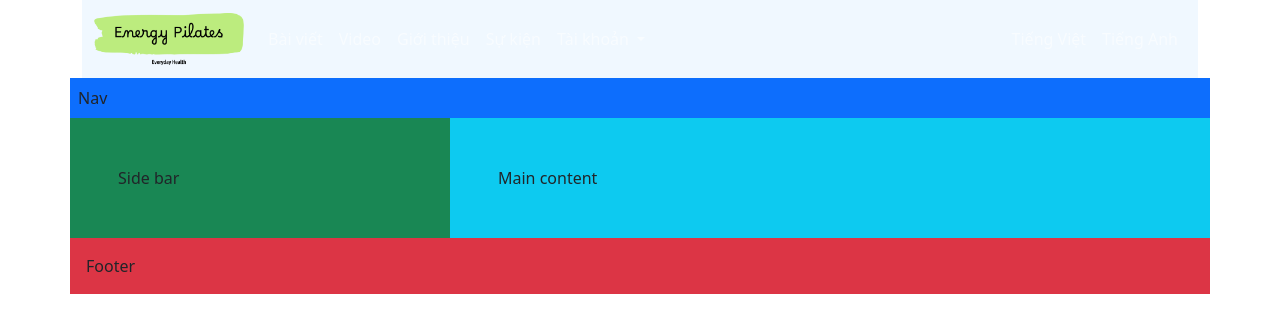
Repository: KizukoHeiwa/SOF308
Page: Lab1/index.html
These files come from the project's save history. The page is drawn as it stood at one moment and after the next save; the edit follows.
The browser window is 1280 px wide. The pictures show the whole page.

Above is the page before, as saved 2024-10-31 09:54:40.

### Lab1/index.html
<!DOCTYPE html>
<html lang="en">
<head>
    <meta charset="UTF-8">
    <meta name="viewport" content="width=device-width, initial-scale=1.0">
    <title>FPT Polytechnic</title>
    <link href="https://cdn.jsdelivr.net/npm/bootstrap@5.3.3/dist/css/bootstrap.min.css" rel="stylesheet" integrity="sha384-QWTKZyjpPEjISv5WaRU9OFeRpok6YctnYmDr5pNlyT2bRjXh0JMhjY6hW+ALEwIH" crossorigin="anonymous">
<script src="https://cdn.jsdelivr.net/npm/bootstrap@5.3.3/dist/js/bootstrap.bundle.min.js" integrity="sha384-YvpcrYf0tY3lHB60NNkmXc5s9fDVZLESaAA55NDzOxhy9GkcIdslK1eN7N6jIeHz" crossorigin="anonymous"></script>
</head>
<body>
    <div class="container">
        <header class="" style="background-color: #F0F8FF;">
            <nav class="navbar navbar-expand-sm navbar-dark">
                <div class="container">
                    <a class="navbar-brand" href="">
                        <img src="img/logo-energy-pilates.png" alt="" style="width: 150px;">
                    </a>
                    <button class="navbar-toggler" type="button" data-bs-toggle="collapse" data-bs-target="#collapsibleNavbar">
                        <span class="navbar-toggler-icon"></span>
                    </button>
                    <div class="collapse navbar-collapse" id="collapsibleNavbar">
                        <ul class="navbar-nav me-auto">
                            <li class="nav-item">
                                <a class="nav-link" href="Lab3ChuyenMuc.html"><i class="fa-solid fa-list"></i> Bài viết</a>
                            </li>
                            <li class="nav-item">
                                <a class="nav-link" href="#"><i class="fa-solid fa-film"></i> Video</a>
                            </li>
                            <li class="nav-item">
                                <a class="nav-link" href="#"><i class="fa-solid fa-circle-info"></i> Giới thiệu</a>
                            </li>
                            <li class="nav-item">
                                <a class="nav-link" href="#"><i class="fa-solid fa-calendar-days"></i> Sự kiện</a>
                            </li>
                            <li class="nav-item dropdown">
                                <a class="nav-link dropdown-toggle" href="#" role="button" data-bs-toggle="dropdown">
                                    <i class="fa-solid fa-user"></i> Tài khoản
                                </a>
                                <ul class="dropdown-menu">
                                    <li><a class="dropdown-item" href="#">Đăng nhập</a></li>
                                    <li><a class="dropdown-item" href="#">Quên mật khẩu</a></li>
                                    <li><a class="dropdown-item" href="#">Đăng ký thành viên</a></li>
                                </ul>
                            </li>
                        </ul>
                        <ul class="navbar-nav d-flex">
                            <li class="nav-item">
                                <a class="nav-link">Tiếng Việt</a>
                            </li>
                            <li class="nav-item">
                                <a class="nav-link">Tiếng Anh</a>
                            </li>
                        </ul>
                    </div>
                </div>
            </nav>

        </header>
        <nav class="row bg-primary p-2">Nav</nav>
        <section class="row">
            <aside class="col-sm-4 bg-success p-5">Side bar</aside>
            <article class="col-sm-8 bg-info p-5">Main content</article>
        </section>
        <footer class="row bg-danger p-3">Footer</footer>
    </div>
</body>
</html>

After the next save:
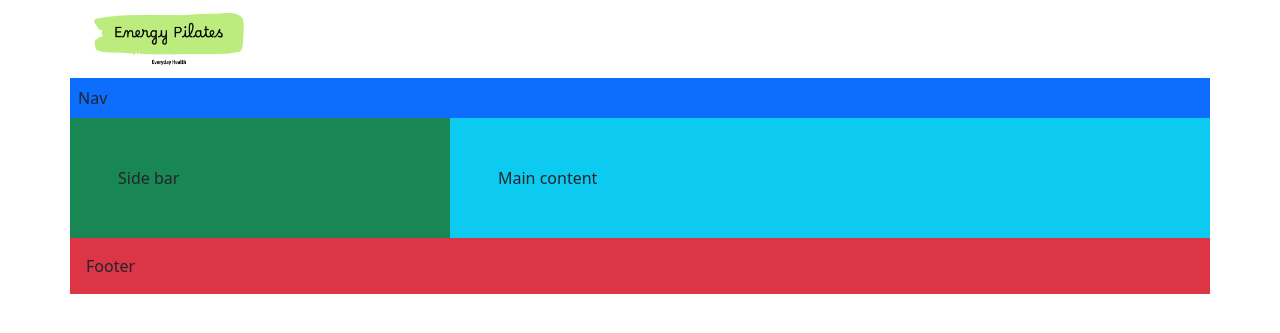
Saved 21 s later.
--- a/Lab1/index.html
+++ b/Lab1/index.html
@@ -9,7 +9,7 @@
 </head>
 <body>
     <div class="container">
-        <header class="" style="background-color: #F0F8FF;">
+        <header class="header">
             <nav class="navbar navbar-expand-sm navbar-dark">
                 <div class="container">
                     <a class="navbar-brand" href="">

After the 3 saves that followed:
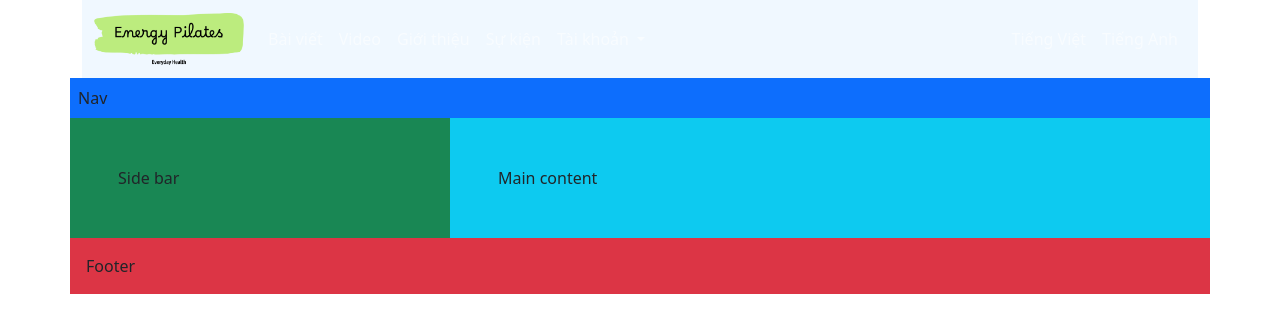
The 3 saves are shown as one change because 2 left the picture as it was.
The last was saved 27 s later.
--- a/Lab1/index.html
+++ b/Lab1/index.html
@@ -5,7 +5,13 @@
     <meta name="viewport" content="width=device-width, initial-scale=1.0">
     <title>FPT Polytechnic</title>
     <link href="https://cdn.jsdelivr.net/npm/bootstrap@5.3.3/dist/css/bootstrap.min.css" rel="stylesheet" integrity="sha384-QWTKZyjpPEjISv5WaRU9OFeRpok6YctnYmDr5pNlyT2bRjXh0JMhjY6hW+ALEwIH" crossorigin="anonymous">
-<script src="https://cdn.jsdelivr.net/npm/bootstrap@5.3.3/dist/js/bootstrap.bundle.min.js" integrity="sha384-YvpcrYf0tY3lHB60NNkmXc5s9fDVZLESaAA55NDzOxhy9GkcIdslK1eN7N6jIeHz" crossorigin="anonymous"></script>
+    <script src="https://cdn.jsdelivr.net/npm/bootstrap@5.3.3/dist/js/bootstrap.bundle.min.js" integrity="sha384-YvpcrYf0tY3lHB60NNkmXc5s9fDVZLESaAA55NDzOxhy9GkcIdslK1eN7N6jIeHz" crossorigin="anonymous"></script>
+    <style>
+        .header{
+            background-color: #F0F8FF;
+            color: black;
+        }
+    </style>
 </head>
 <body>
     <div class="container">
